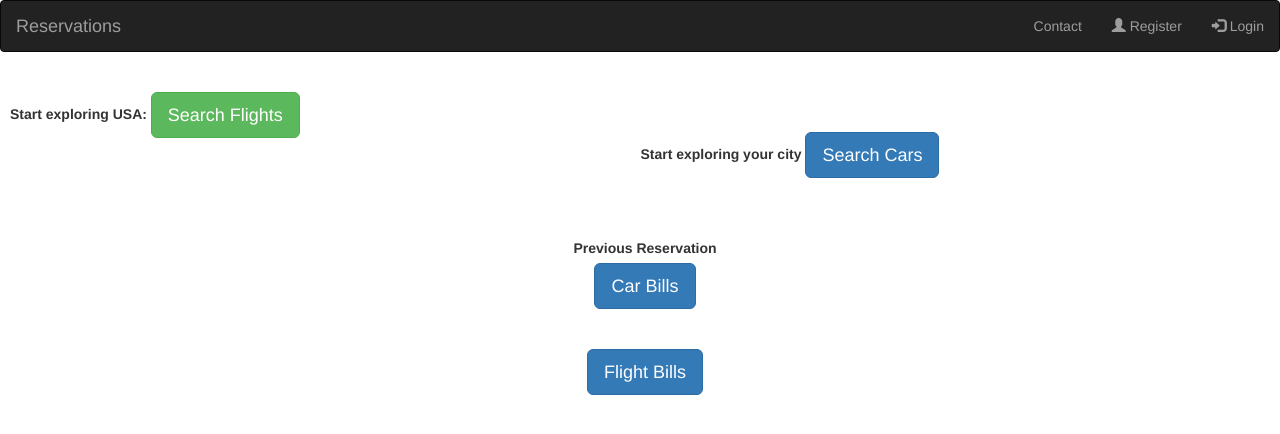
Repository: svnsiva/final-project
Page: http://localhost/flights-car-reservation/WEB-INF/pages/account.jsp
These files come from the project's save history. The page is drawn as it stood at one moment and after the next save; the edit follows.
The browser window is 1280 px wide. The pictures show the whole page.
Some web libraries are served in a nearby version. The page is served by Tomcat 9. Nobody is signed in. Other server files are loaded and not shown. The template is opened directly, without the code that normally fills it, so the values that code supplies are empty.

Above is the page before, as saved 2017-08-06 00:10:21.

### flights-car-reservation/src/main/webapp/WEB-INF/pages/account.jsp
<%@ page language="java" contentType="text/html; charset=ISO-8859-1"
    pageEncoding="ISO-8859-1"%>
    <%@taglib uri="http://java.sun.com/jsp/jstl/core" prefix="c"%>
<%@taglib uri="http://www.springframework.org/tags/form" prefix="form" %>
<%@taglib uri="http://www.springframework.org/tags" prefix="spring" %>
<!DOCTYPE html PUBLIC "-//W3C//DTD HTML 4.01 Transitional//EN" "http://www.w3.org/TR/html4/loose.dtd">
<html>
<head>
<meta http-equiv="Content-Type" content="text/html; charset=ISO-8859-1">
<title>Insert title here</title>
  <link rel="stylesheet" href="https://maxcdn.bootstrapcdn.com/bootstrap/3.3.7/css/bootstrap.min.css">
  <script src="https://ajax.googleapis.com/ajax/libs/jquery/3.2.1/jquery.min.js"></script>
  <script src="https://maxcdn.bootstrapcdn.com/bootstrap/3.3.7/js/bootstrap.min.js"></script>
</head>
<body>

<style>
body{
/* background:url("http://kennethsurat.com/wp-content/uploads/2014/12/EXPLORE-DREAM-DISCOVER.jpg"); */
background-repeat:no-repeat;
background-size:cover;
}
.cen{

float:left;

}

</style>
<nav class="navbar navbar-inverse">
  <div class="container-fluid">
    <div class="navbar-header">
      <a class="navbar-brand">Reservations</a>
    </div>

    <ul class="nav navbar-nav navbar-right">
    	 <li><a href="${pageContext.request.contextPath}/contact">Contact</a></li>
      <li><a href="${pageContext.request.contextPath}/register"><span class="glyphicon glyphicon-user"></span> Register</a></li>
   <li><a href="${pageContext.request.contextPath}/login"><span class="glyphicon glyphicon-log-in"></span> Login</a></li>
    </ul>
  </div>
</nav>

 <div class="media">
    <div class="media-left">
     <!--  <img style="margin-left: 50px;" src="https://www.citizenpass.io/themes/citizen-pass/img/process-login.png" class="media-object" > -->
    </div>
    <div class="media-body text-center">
      <div><br>
      <div>
    <form class="form" action="${pageContext.request.contextPath}/search" method="get">
   <div class="cen">
    <label for="name">Start exploring USA:</label>

	<button type="submit" class="btn btn-success btn-lg">Search Flights</button>
	</div>
	</form>
	</div>

   <br><br>
   <form class="form" action="${pageContext.request.contextPath}/cars" method="get">
	<div>
    <label for="name">Start exploring your city</label>
	<button type="submit" class="btn btn-primary btn-lg">Search Cars</button>
	</div></form>
	<br><br><br>
    <div>
    <label for="name">Previous Reservation</label>
    <form class="form-horizontal" action="${pageContext.request.contextPath}/carbills" method="get">

	<button type="submit" class="btn btn-primary btn-lg">Car Bills</button>

	</form>
	<br><br>
	<form class="form-horizontal" action="${pageContext.request.contextPath}/flightbills" method="get">

	<button type="submit" class="btn btn-primary btn-lg">Flight Bills</button>

	</form>
	</div>
      </div>
    </div>
    </div>
  </div>

</body>
</html>

After the next save:
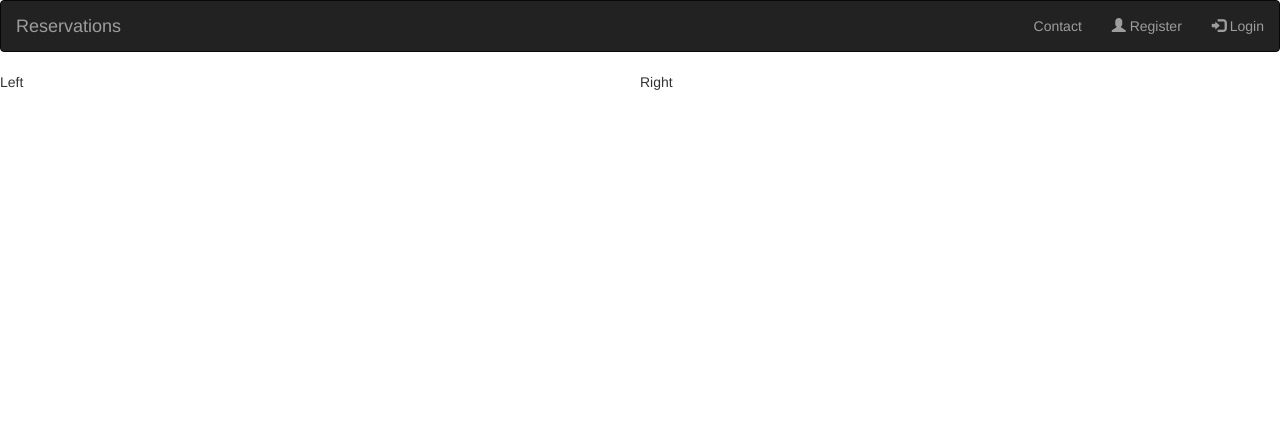
Saved 3 min 44 s later.
--- a/flights-car-reservation/src/main/webapp/WEB-INF/pages/account.jsp
+++ b/flights-car-reservation/src/main/webapp/WEB-INF/pages/account.jsp
@@ -16,7 +16,7 @@
 
 <style>
 body{
-/* background:url("http://kennethsurat.com/wp-content/uploads/2014/12/EXPLORE-DREAM-DISCOVER.jpg"); */
+/* background:url("http://kennethsurat.com/wp-content/uploads/2014/12/EXPLORE-DREAM-DISCOVER.jpg");
 background-repeat:no-repeat;
 background-size:cover;
 }
@@ -40,6 +40,14 @@ float:left;
     </ul>
   </div>
 </nav>
+
+
+<div style="float:left; width:50%;">
+Left  <!-- Set Div As your requirement -->
+</div>
+<div style="float:left; width:50%;">
+Right  <!-- Set Div As your requirement -->
+</div>
 
  <div class="media">
     <div class="media-left">
